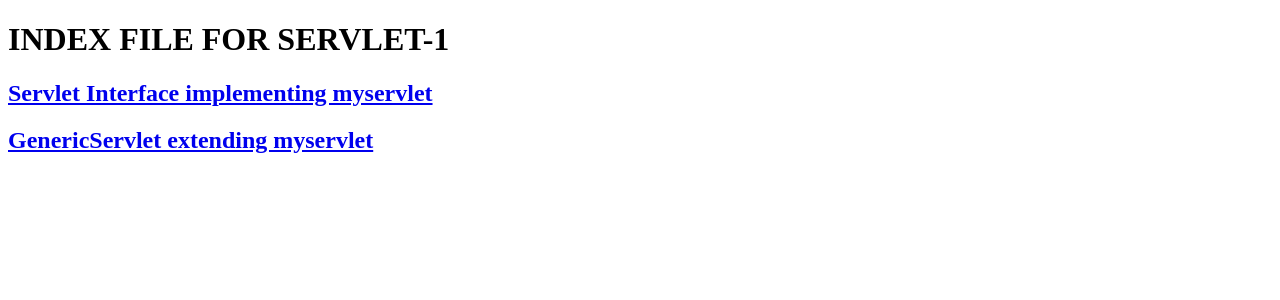
Repository: nin19/advance_java
Page: servlet/Servlet-1/src/main/webapp/Index.html
The author's editor kept a copy of each file at every save. The page is drawn from the files as they stood at one save, then again after the next save.
The browser window is 1280 px wide. The pictures show the whole page.

Above is the page before, as saved 2024-10-15 16:53:11.

After the next save:
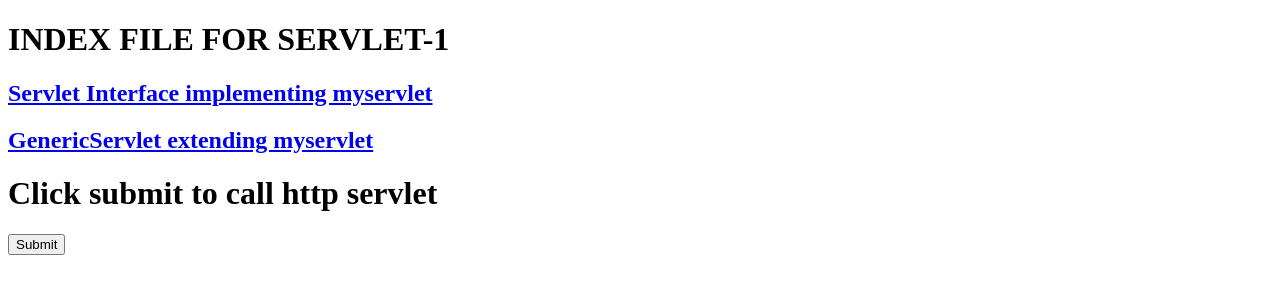
Saved 3 min 55 s later.
--- a/servlet/Servlet-1/src/main/webapp/Index.html
+++ b/servlet/Servlet-1/src/main/webapp/Index.html
@@ -5,5 +5,9 @@
 	<h1>INDEX FILE FOR SERVLET-1</h1>
 	<h2><a href="web">Servlet Interface implementing myservlet</a></h2>
 	<h2><a href="generic">GenericServlet extending myservlet</a></h2>
+	<form action="httpcall" method="post">
+		<h1>Click submit to call http servlet</h1>
+		<input type="submit">
+	</form>
 </body>
 </html>
